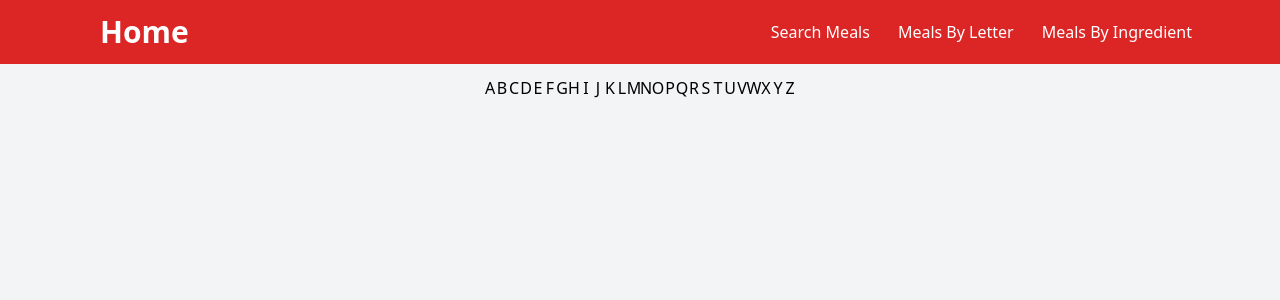
Repository: HalemX/meals
Page: /by-letter
The author's editor kept a copy of each file at every save. The page is drawn from the files as they stood at one save, then again after a run of saves.
The browser window is 1280 px wide. The pictures show the whole page.
The project was rebuilt for these pictures with package versions that can differ from the ones it lists, and the page was loaded fresh each time. Also part of the build but not shown: vite.config.js, src/components/ui/BaseButtons.vue, src/pages/home/HomePage.vue, src/components/layout/GuestLayout.vue, src/pages/meals/MealsByIngredient.vue, src/pages/meals/MealsByName.vue, src/components/meals_components/MealDetails.vue, src/pages/meals/AllIngredients.vue.

Above is the page before, as saved 2024-02-12 17:34:04.

After the next 3 saves:
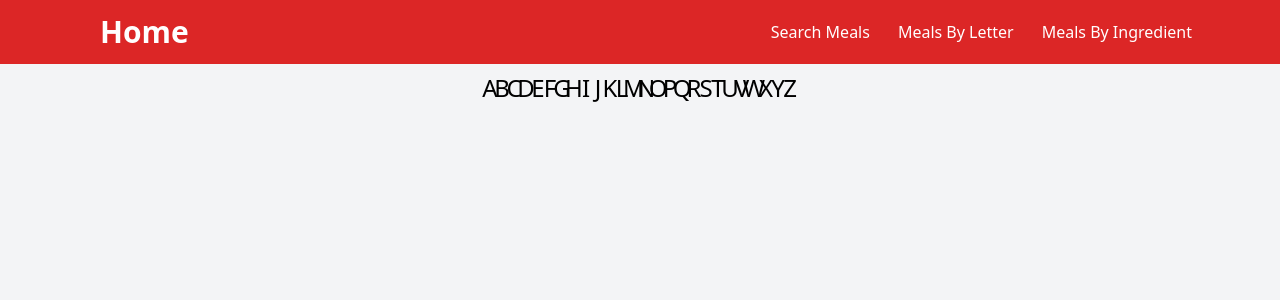
The 3 saves are shown as one change because they came seconds apart.
The last was saved 14 s later.
--- a/src/pages/meals/MealsByLetters.vue
+++ b/src/pages/meals/MealsByLetters.vue
@@ -5,7 +5,7 @@
         :to="{ name: 'byLetter', params: { letter } }"
         v-for="letter in letters"
         :key="letter"
-        class="w-2 h-2 flex items-center justify-center hover:text-[#dc2626] hover:scale-150 transition-all mt-5"
+        class="w-2 h-2 flex items-center justify-center hover:text-[#dc2626] hover:scale-150 transition-all mt-5 text-2xl"
       >
         {{ letter }}</router-link
       >
